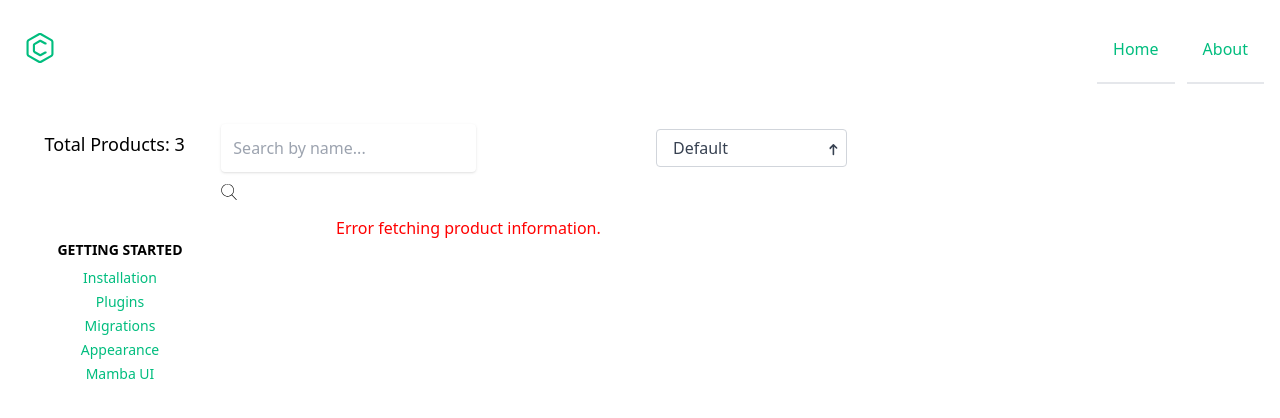
Repository: loktioncode/vectra-shop
Page: /
These files come from the project's save history. The page is drawn as it stood at one moment and after the next save; the edit follows.
The browser window is 1280 px wide. The pictures show the whole page.
The page's requests for data from a server got no answer. The project was rebuilt for these pictures with package versions that can differ from the ones it lists, and the page was loaded fresh each time. No one was signed in, and anything a server would have sent is missing. Also part of the build but not shown: vite.config.ts, src/components/ProductCard.vue. Imported but missing from the stored project, and not drawn on this page: src/components/Counter.vue.

Above is the page before, as saved 2023-09-20 17:05:29.

After the next save:
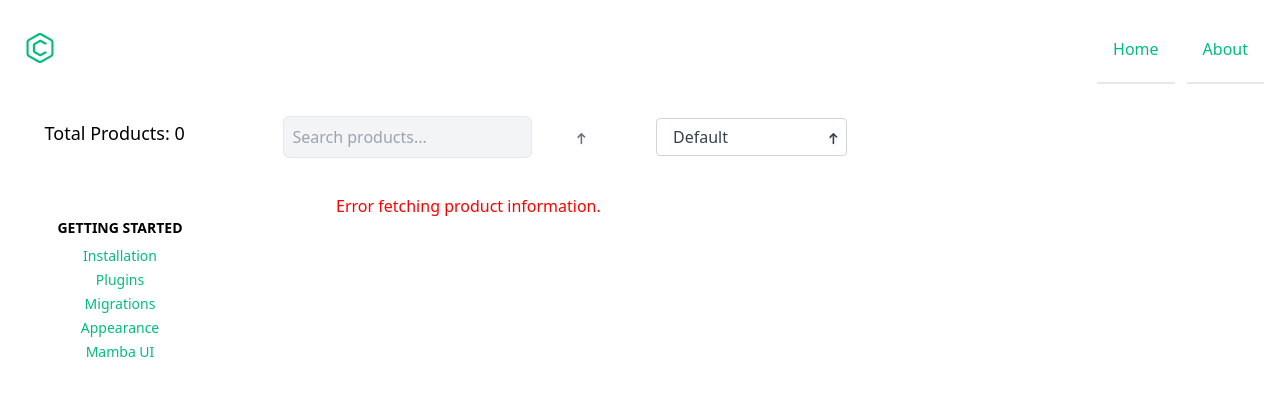
Saved 5 min 29 s later.
--- a/src/components/Filters.vue
+++ b/src/components/Filters.vue
@@ -10,11 +10,17 @@
             <!-- Search Form -->
             <div class="flex items-center w-full">
                 <label for="search" class="sr-only">Search</label>
-                <input v-model="searchTerm" id="search" type="text" placeholder="Search products..."
-                    class="w-full border p-2 rounded-md focus:outline-none focus:ring focus:border-blue-300" />
-                <button @click="clearSearch" v-if="searchTerm" class="text-red-500 hover:text-red-700 focus:outline-none">
-                    Clear
-                </button>
+                <div class="relative w-full md:w-auto">
+                    <input v-model="searchTerm" id="search" type="text" placeholder="Search products..."
+                        class="w-full border p-2 rounded-md focus:outline-none focus:ring focus:border-blue-300 bg-gray-100" />
+                    <button @click="executeSearch"
+                        class="absolute inset-y-0 right-0 flex items-center justify-center px-2 text-gray-500 cursor-pointer">
+                        <svg class="fill-current h-4 w-4" xmlns="http://www.w3.org/2000/svg" viewBox="0 0 20 20">
+                            <path
+                                d="M8.293 11.293a1 1 0 001.414 0L12 8.414V18a1 1 0 102 0V8.414l2.293 2.293a1 1 0 101.414-1.414l-4-4a1 1 0 00-1.414 0l-4 4a1 1 0 000 1.414z" />
+                        </svg>
+                    </button>
+                </div>
             </div>
         </div>
 
@@ -27,25 +33,17 @@
 
             <!-- Search Form -->
             <div class="flex items-center w-7/12">
-
-
-                <div class="relative mr-6 my-2">
-                    <input        v-model="searchTerm" type="search" class="bg-purple-white shadow rounded border-0 p-3"
-                        placeholder="Search by name...">
-                    <div class="absolute pin-r pin-t mt-3 mr-4 text-purple-lighter">
-                        <svg version="1.1" class="h-4 text-dark" xmlns="http://www.w3.org/2000/svg"
-                            xmlns:xlink="http://www.w3.org/1999/xlink" x="0px" y="0px" viewBox="0 0 52.966 52.966"
-                            style="enable-background:new 0 0 52.966 52.966;" xml:space="preserve">
-                            <path d="M51.704,51.273L36.845,35.82c3.79-3.801,6.138-9.041,6.138-14.82c0-11.58-9.42-21-21-21s-21,9.42-21,21s9.42,21,21,21
-        c5.083,0,9.748-1.817,13.384-4.832l14.895,15.491c0.196,0.205,0.458,0.307,0.721,0.307c0.25,0,0.499-0.093,0.693-0.279
-        C52.074,52.304,52.086,51.671,51.704,51.273z M21.983,40c-10.477,0-19-8.523-19-19s8.523-19,19-19s19,8.523,19,19
-        S32.459,40,21.983,40z" />
-
+                <div class="relative w-full">
+                    <input v-model="searchTerm" id="search" type="text" placeholder="Search products..."
+                        class="w-full md:w-auto border p-2 rounded-md focus:outline-none focus:ring focus:border-blue-300 bg-gray-100" />
+                    <button @click="executeSearch"
+                        class="absolute inset-y-0 right-0 flex items-center justify-center px-2 text-gray-500 cursor-pointer">
+                        <svg class="fill-current h-4 w-4" xmlns="http://www.w3.org/2000/svg" viewBox="0 0 20 20">
+                            <path
+                                d="M8.293 11.293a1 1 0 001.414 0L12 8.414V18a1 1 0 102 0V8.414l2.293 2.293a1 1 0 101.414-1.414l-4-4a1 1 0 00-1.414 0l-4 4a1 1 0 000 1.414z" />
                         </svg>
-
-                    </div>
+                    </button>
                 </div>
-
                 <button @click="clearSearch" v-if="searchTerm" class="text-red-500 hover:text-red-700 focus:outline-none">
                     Clear
                 </button>
@@ -73,19 +71,11 @@
     </div>
 </template>
 
-
-
-
 <script setup lang="ts">
 import { ref, computed } from 'vue';
+import { useProductStore } from '@/stores/productStore'; // Import store
 
-// Sample product data (replace with your actual data)
-const products = [
-    { id: 1, name: 'Product 1', price: 20.0 },
-    { id: 2, name: 'Product 2', price: 30.0 },
-    { id: 3, name: 'Product 3', price: 15.0 },
-    // Add more products as needed
-];
+const productStore = useProductStore(); // Initialize  store
 
 const searchTerm = ref('');
 const selectedSortOption = ref('default');
@@ -94,12 +84,16 @@ const clearSearch = () => {
     searchTerm.value = '';
 };
 
+const executeSearch = () => {
+    // Implement your search functionality here
+};
+
 const filteredProducts = computed(() => {
-    let result = [...products];
+    let result = [...productStore.products]; // Use the products from  store
 
     if (searchTerm.value) {
         result = result.filter(product =>
-            product.name.toLowerCase().includes(searchTerm.value.toLowerCase())
+            product.title.toLowerCase().includes(searchTerm.value.toLowerCase())
         );
     }
 
